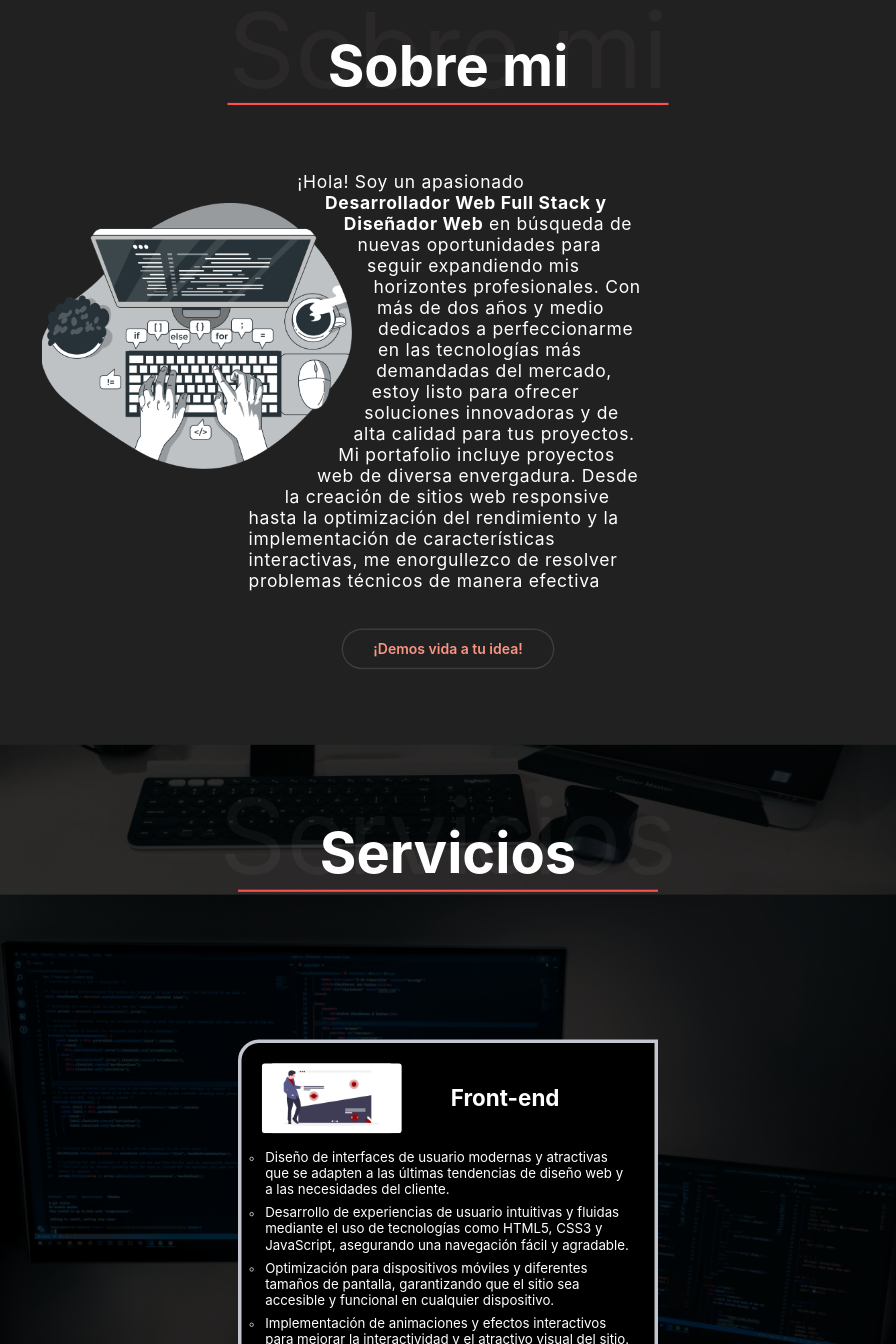
Repository: DamianBermudez94/DB-Porfolio
Page: /
These files come from the project's save history. The page is drawn as it stood at one moment and after a run of saves; the edit follows.
The browser window is 1280 px wide. The pictures show the part of the page from y = 770 to 2690 px (the page is 6172 px tall before and 6412 px after), at 70% of full size.
Backgrounds fixed to the window are drawn as part of the page. Some web libraries are served in a nearby version. The project was rebuilt for these pictures with package versions that can differ from the ones it lists, and the page was loaded fresh each time. Also part of the build but not shown: vite.config.js, src/components/Conocimientos/styles.css, src/components/Conocimientos/Conocimientos.jsx, src/pages/AcerdaDe.jsx, src/components/Contacto/styles.css, src/components/Contacto/Contact.jsx, src/pages/contacto.jsx, src/data/trabajos.js and 4 more.

Above is the page before, as saved 2024-04-02 10:20:45.

After the next 2 saves:
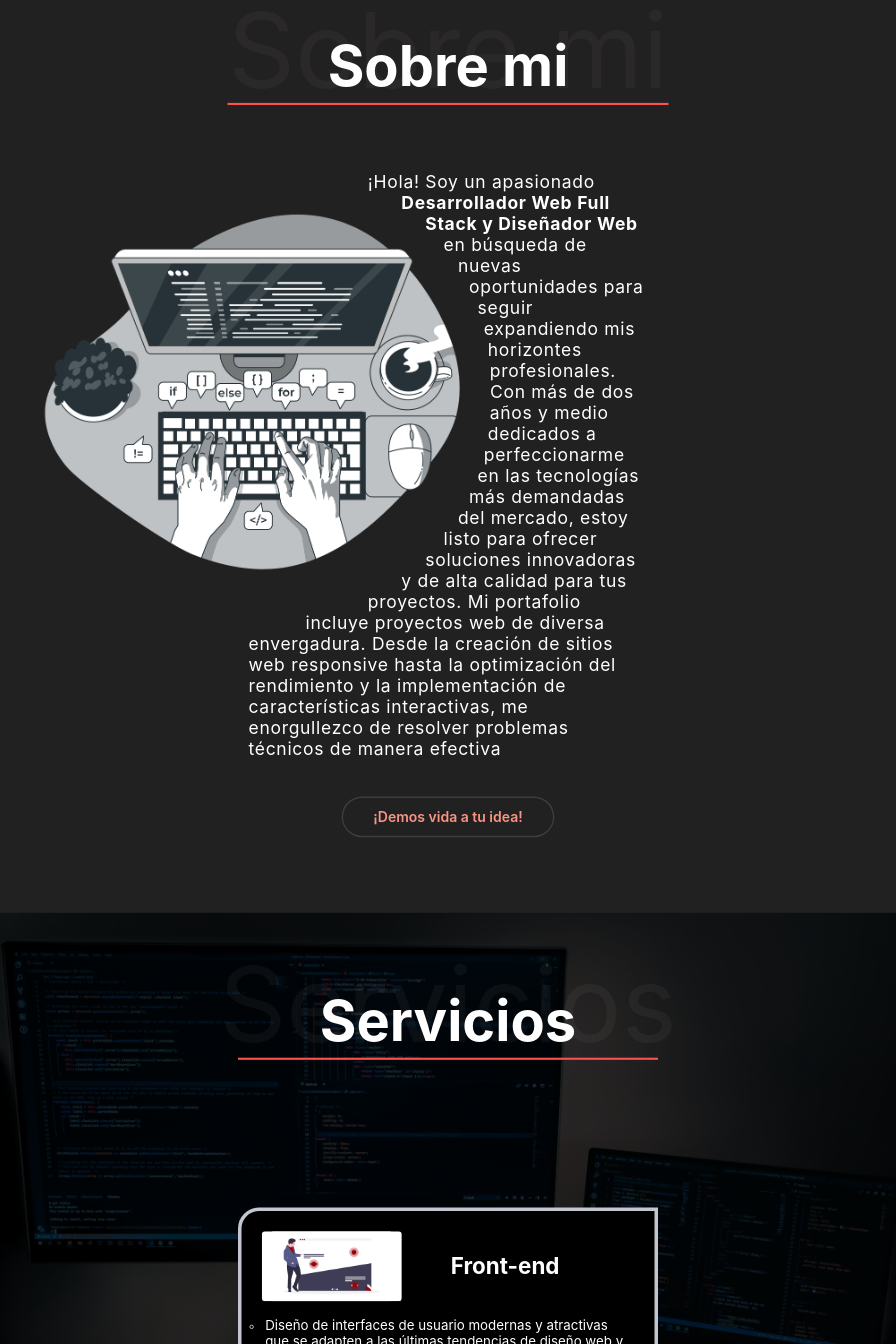
The 2 saves are shown as one change because they came seconds apart.
The last was saved 13 s later.
--- a/src/components/Home/styles.css
+++ b/src/components/Home/styles.css
@@ -197,8 +197,8 @@
   margin: 0 auto;
 }
 .container-me article img {
-  width: 30rem;
-  height: 30rem;
+  width: 40rem;
+  height: 40rem;
   float: left;
   object-fit: cover;
   object-position: -20px 0px;
